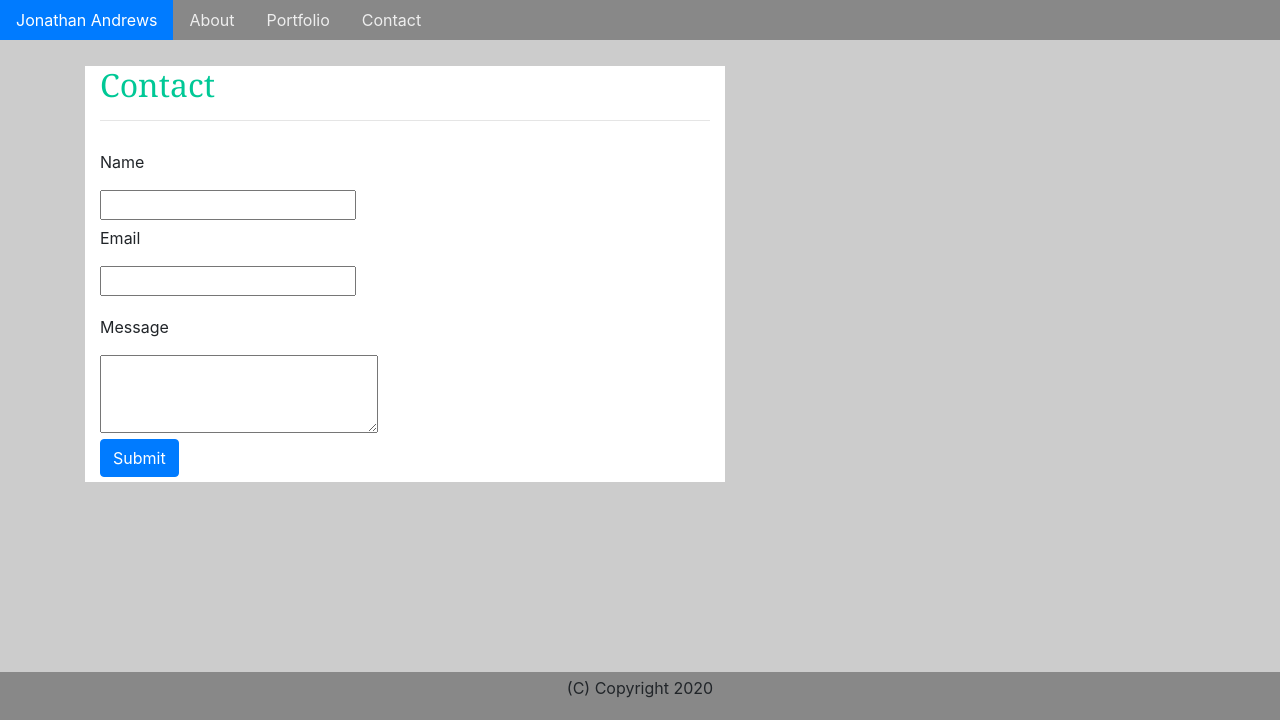
Repository: ionathas78/ionathas78.github.io
Page: contact.html
These files come from the project's save history. The page is drawn as it stood at one moment and after the next save; the edit follows.
The browser window is 1280 px wide. The pictures show the whole page.

Above is the page before, as saved 2020-03-17 14:48:05.

### contact.html
<!DOCTYPE html>
<html lang="en">
<head>
    <meta charset="UTF-8">
    <meta name="viewport" content="width=device-width, initial-scale=1.0">
    <title>Jonathan Andrews</title>

    <link rel="stylesheet" href="https://stackpath.bootstrapcdn.com/bootstrap/4.4.1/css/bootstrap.min.css" integrity="sha384-Vkoo8x4CGsO3+Hhxv8T/Q5PaXtkKtu6ug5TOeNV6gBiFeWPGFN9MuhOf23Q9Ifjh" crossorigin="anonymous">
</head>
<body style="background-color: #ccc">
    <header>
        <ul class="nav" style="background-color: #888">
            <li class="nav-item bg-primary">
              <a class="nav-link active" href="#" style="color: white;">Jonathan Andrews</a>
            </li>
            <li class="nav-item">
              <a class="nav-link" href="index.html" style="color: #eee;">About</a>
            </li>
            <li class="nav-item">
              <a class="nav-link active" href="portfolio.html" style="color: #eee;">Portfolio</a>
            </li>
            <li class="nav-item">
                <a class="nav-link active" href="contact.html" style="color: #eee;">Contact</a>
            </li>
        </ul>
    </header>

    <div class="container">
        <div class="row">
            <div class="col-lg-4">
                <div class="container clearfix" style="width: 50vw; max-width: 900px; background-color: white; margin-top: 2vw;">
                    <h2 style="color: rgb(0, 200, 150); font-family: Georgia, 'Times New Roman', Times, serif; font-weight: 300%;">Contact</h2>
                    <hr>
                    <div class="input-group">

                    </div>
                    <p style="padding-top: 1vw;">Name</p>
                    <input id="name"></input>
                    <p style="padding-top: 0.5vw;">Email</p>
                    <input id="email"></input>
                    <p style="padding-top: 1.5vw">Message</p>
                    <textarea id="message" rows="3" cols="25"></textarea>
                    <br>
                    <button type="button" class="btn btn-primary" id="submit-btn" style="margin-bottom: 5px">Submit</button>
                    <br>
                </div>
            </div>
        </div>
    </div>

    <footer style="position: fixed; bottom: 0; background-color: #888; width: 100%;">
        <p style="line-height: 200%; text-align: center;">
            (C) Copyright 2020
        </p>
    </footer>
    <!-- JS Scripts -->

    <script src="https://code.jquery.com/jquery-3.4.1.slim.min.js" integrity="sha384-J6qa4849blE2+poT4WnyKhv5vZF5SrPo0iEjwBvKU7imGFAV0wwj1yYfoRSJoZ+n" crossorigin="anonymous"></script>
    <script src="https://cdn.jsdelivr.net/npm/popper.js@1.16.0/dist/umd/popper.min.js" integrity="sha384-Q6E9RHvbIyZFJoft+2mJbHaEWldlvI9IOYy5n3zV9zzTtmI3UksdQRVvoxMfooAo" crossorigin="anonymous"></script>
    <script src="https://stackpath.bootstrapcdn.com/bootstrap/4.4.1/js/bootstrap.min.js" integrity="sha384-wfSDF2E50Y2D1uUdj0O3uMBJnjuUD4Ih7YwaYd1iqfktj0Uod8GCExl3Og8ifwB6" crossorigin="anonymous"></script>
</body>
</html>

After the next save:
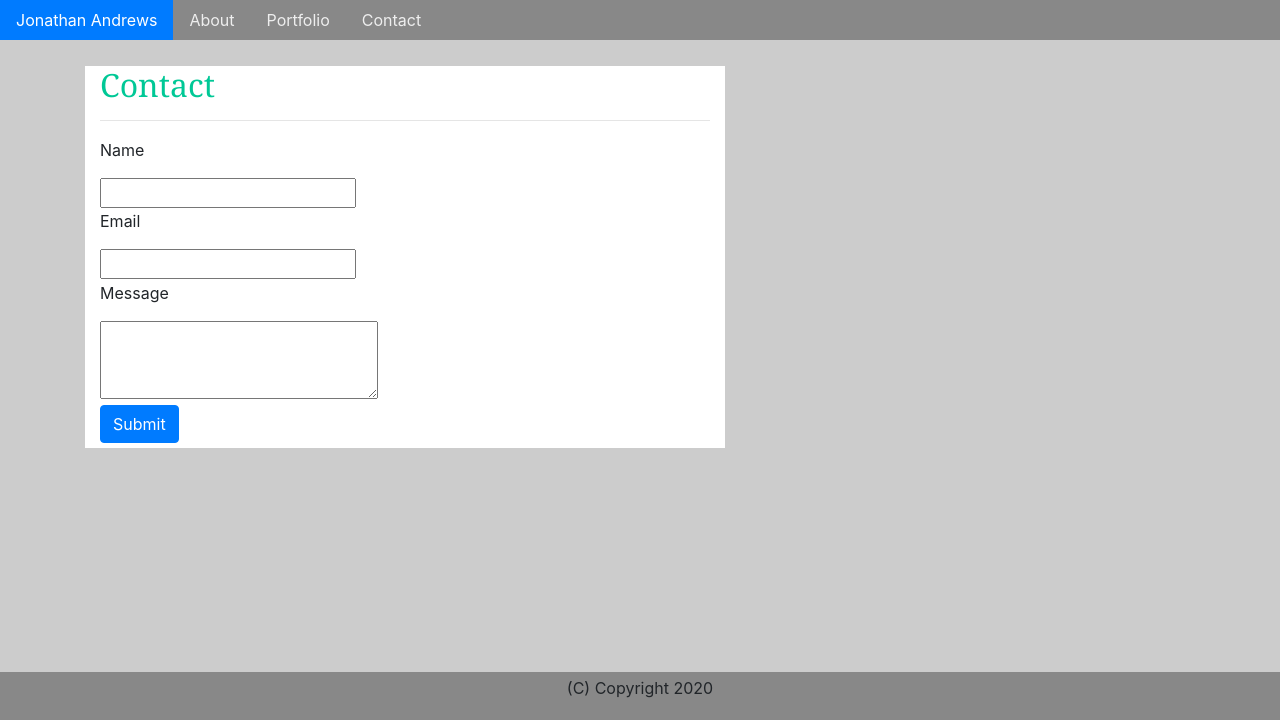
Saved 20 s later.
--- a/contact.html
+++ b/contact.html
@@ -34,11 +34,11 @@
                     <div class="input-group">
 
                     </div>
-                    <p style="padding-top: 1vw;">Name</p>
+                    <p style="padding-top: 0.1vw;">Name</p>
                     <input id="name"></input>
-                    <p style="padding-top: 0.5vw;">Email</p>
+                    <p style="padding-top: 0.05vw;">Email</p>
                     <input id="email"></input>
-                    <p style="padding-top: 1.5vw">Message</p>
+                    <p style="padding-top: 0.15vw">Message</p>
                     <textarea id="message" rows="3" cols="25"></textarea>
                     <br>
                     <button type="button" class="btn btn-primary" id="submit-btn" style="margin-bottom: 5px">Submit</button>
